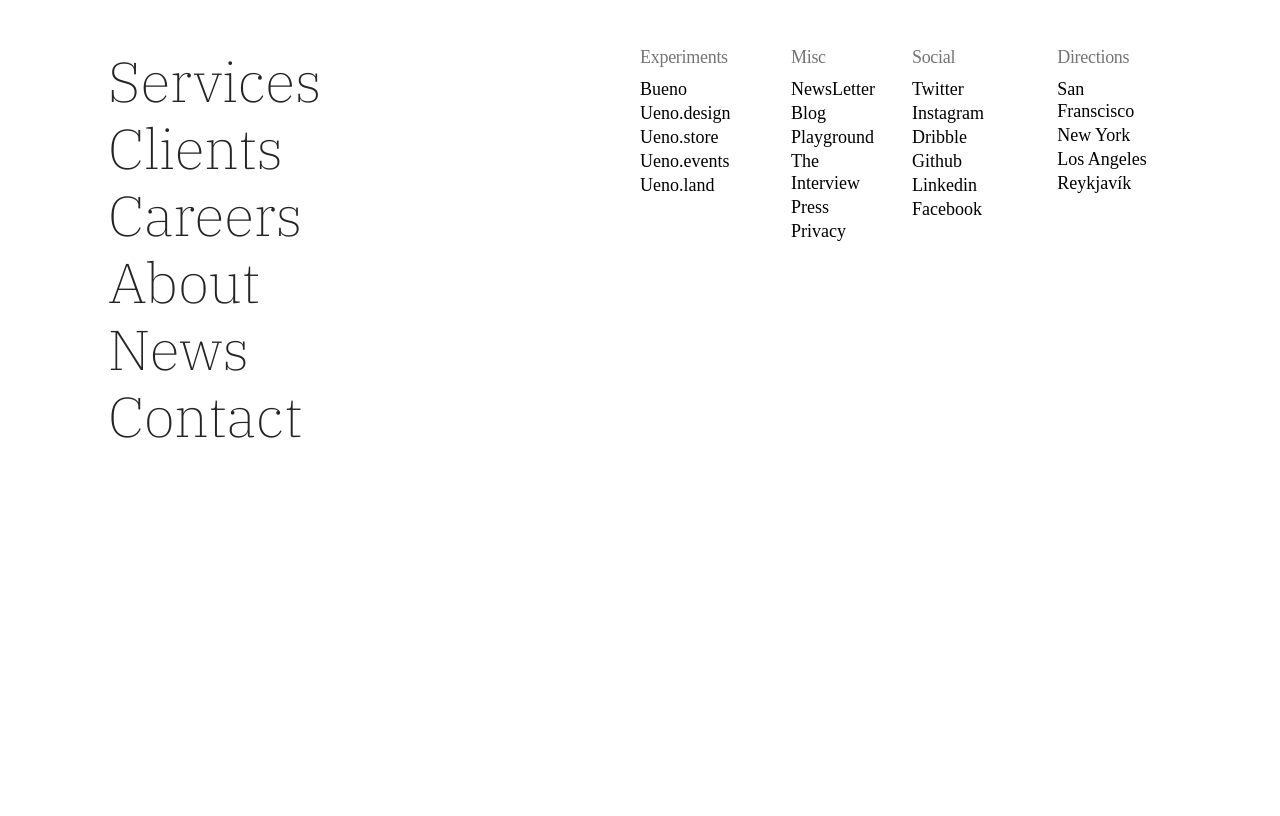
Repository: DeepaPrasanna/UenoClone
Page: /
These files come from the project's save history. The page is drawn as it stood at one moment and after the next save; the edit follows.
The browser window is 1280 px wide. The pictures show the whole page.
The project was rebuilt for these pictures with package versions that can differ from the ones it lists, and the page was loaded fresh each time. Also part of the build but not shown: src/components/Layout/Header.js.

Above is the page before, as saved 2021-05-04 18:23:02.

### public/index.html
<!DOCTYPE html>
<html lang="en">
  <head>
    <meta charset="utf-8" />
    <link rel="icon" href="%PUBLIC_URL%/favicon.ico" />
    <meta name="viewport" content="width=device-width, initial-scale=1" />
    <meta name="theme-color" content="#000000" />
    <meta name="description" content="Web site created using create-react-app" />
    <link rel="apple-touch-icon" href="%PUBLIC_URL%/logo192.png" />
    <!--
      manifest.json provides metadata used when your web app is installed on a
      user's mobile device or desktop. See https://developers.google.com/web/fundamentals/web-app-manifest/
    -->
    <link rel="manifest" href="%PUBLIC_URL%/manifest.json" />
    <!-- Bootstrap -->
    <link
      rel="stylesheet"
      href="https://cdn.jsdelivr.net/npm/bootstrap@4.6.0/dist/css/bootstrap.min.css"
      integrity="sha384-B0vP5xmATw1+K9KRQjQERJvTumQW0nPEzvF6L/Z6nronJ3oUOFUFpCjEUQouq2+l"
      crossorigin="anonymous"
    />
    <!-- font awesome -->
    <link
      rel="stylesheet"
      href="https://cdnjs.cloudflare.com/ajax/libs/font-awesome/5.15.3/css/all.min.css"
      integrity="sha512-iBBXm8fW90+nuLcSKlbmrPcLa0OT92xO1BIsZ+ywDWZCvqsWgccV3gFoRBv0z+8dLJgyAHIhR35VZc2oM/gI1w=="
      crossorigin="anonymous"
    />
    <!--
      Notice the use of %PUBLIC_URL% in the tags above.
      It will be replaced with the URL of the `public` folder during the build.
      Only files inside the `public` folder can be referenced from the HTML.

      Unlike "/favicon.ico" or "favicon.ico", "%PUBLIC_URL%/favicon.ico" will
      work correctly both with client-side routing and a non-root public URL.
      Learn how to configure a non-root public URL by running `npm run build`.
    -->
    <title>React App</title>
  </head>
  <body>
    <noscript>You need to enable JavaScript to run this app.</noscript>
    <div id="root"></div>
    <!--
      This HTML file is a template.
      If you open it directly in the browser, you will see an empty page.

      You can add webfonts, meta tags, or analytics to this file.
      The build step will place the bundled scripts into the <body> tag.

      To begin the development, run `npm start` or `yarn start`.
      To create a production bundle, use `npm run build` or `yarn build`.
    -->
  </body>
</html>

### src/index.js
import React from "react";
import ReactDOM from "react-dom";
import "./index.css";
import App from "./App";
import reportWebVitals from "./reportWebVitals";
import "bootstrap/dist/css/bootstrap.min.css";

ReactDOM.render(<App />, document.getElementById("root"));

// If you want to start measuring performance in your app, pass a function
// to log results (for example: reportWebVitals(console.log))
// or send to an analytics endpoint. Learn more: https://bit.ly/CRA-vitals
reportWebVitals();

### src/index.css
@import url("https://fonts.googleapis.com/css2?family=IBM+Plex+Serif:wght@200&display=swap");
@import url("https://fonts.googleapis.com/css2?family=Quicksand:wght@300;400&display=swap");

.contact-button {
  background-color: #cf3f74 !important;
}

.screen-first-column {
  font-size: 56px;
  line-height: 67px;
  font-family: "IBM Plex Serif";
  font-style: normal;
  font-weight: 200;
  src: url("https://fonts.gstatic.com/s/ibmplexserif/v9/jizAREVNn1dOx-zrZ2X3pZvkTi3Q-iI0q1s.woff2") format("woff2");
}
.screen-first-column-links {
  color: #252525;
  padding: 0px 60px !important;
}
.nav-link:hover {
  color: #252525;
}

.screen-second-column {
  display: flex;
  flex-wrap: wrap;
  align-items: stretch;
  justify-content: flex-start;
  margin-left: -15px;
  margin-right: -15px;
  flex-direction: row;
}

.screen-second-column-columns {
  flex: none;
  align-self: stretch;
  padding-left: 15px;
  padding-right: 15px;
  width: 100%;
  margin-bottom: 3em;
  width: 50%;
  max-width: 220px;
}
.screen-second-column-links {
  color: #000000 !important;
  padding: 0px 25px 0px 0px !important;
  font-family: "Quicksand,sans-serif";
  font-style: normal;
  font-weight: 400;
  font-size: 18px;
  line-height: 22px;
  margin-bottom: 2px;
}

.screen-second-column-heading {
  font-family: "Quicksand,sans-serif";
  font-size: 18px;
  font-weight: 300;
  line-height: 18px;
  color: #757575;
  margin-bottom: 0.66667em;
  letter-spacing: -0.016em;
}

### src/App.js
import { Container } from "react-bootstrap";

import MainLayout from "./components/Layout/MainLayout";

function App() {
  return (
    <div className="App">
      <MainLayout />
    </div>
  );
}

export default App;

### src/components/Layout/MainLayout.js
import React from "react";

import Header from "./Header";
import Screen from "./Screen";

const MainLayout = () => {
  return (
    <div>
      {/* <Header /> */}
      <Screen />
    </div>
  );
};

export default MainLayout;

### src/components/Layout/Screen.js
import React from "react";

import { Container, Row, Col, Nav } from "react-bootstrap";

const Screen = () => {
  return (
    <Container fluid className="p-5">
      <Row className=" vh-100">
        <Col md={6} className=" screen-first-column">
          <Row>
            <Col>
              <Nav className="flex-column">
                <Nav.Link href="#" className="screen-first-column-links">
                  Services<span className=""></span>
                </Nav.Link>
                <Nav.Link href="#" className="screen-first-column-links">
                  Clients
                </Nav.Link>
                <Nav.Link href="#" className="screen-first-column-links">
                  Careers
                </Nav.Link>
              </Nav>
            </Col>
            <Col>
              <Nav className="flex-column">
                <Nav.Link href="#" className="screen-first-column-links">
                  About
                </Nav.Link>
                <Nav.Link href="#" className="screen-first-column-links">
                  News
                </Nav.Link>

                <Nav.Link href="#" className="screen-first-column-links">
                  Contact
                </Nav.Link>
              </Nav>
            </Col>
          </Row>
        </Col>
        <Col md={6} className="screen-second-column">
          <Row className="">
            <Col className="screen-second-column-columns">
              <h2 className="screen-second-column-heading">Experiments</h2>
              <Nav className="flex-column">
                <Nav.Link href="#" className="screen-second-column-links">
                  Bueno
                </Nav.Link>
                <Nav.Link href="#" className="screen-second-column-links">
                  Ueno.design
                </Nav.Link>
                <Nav.Link href="#" className="screen-second-column-links">
                  Ueno.store
                </Nav.Link>
                <Nav.Link href="#" className="screen-second-column-links">
                  Ueno.events
                </Nav.Link>
                <Nav.Link href="#" className="screen-second-column-links">
                  Ueno.land
                </Nav.Link>
              </Nav>
            </Col>
            <Col className="screen-second-column-columns">
              <h2 className="screen-second-column-heading">Misc</h2>
              <Nav className="flex-column">
                <Nav.Link href="#" className="screen-second-column-links">
                  NewsLetter
                </Nav.Link>
                <Nav.Link href="#" className="screen-second-column-links">
                  Blog
                </Nav.Link>
                <Nav.Link href="#" className="screen-second-column-links">
                  Playground
                </Nav.Link>
                <Nav.Link href="#" className="screen-second-column-links">
                  The Interview
                </Nav.Link>
                <Nav.Link href="#" className="screen-second-column-links">
                  Press
                </Nav.Link>
                <Nav.Link href="#" className="screen-second-column-links">
                  Privacy
                </Nav.Link>
              </Nav>
            </Col>
          </Row>
          <Row className="">
            <Col className="screen-second-column-columns">
              <h2 className="screen-second-column-heading">Social</h2>
              <Nav className="flex-column">
                <Nav.Link href="#" className="screen-second-column-links">
                  Twitter
                </Nav.Link>
                <Nav.Link href="#" className="screen-second-column-links">
                  Instagram
                </Nav.Link>
                <Nav.Link href="#" className="screen-second-column-links">
                  Dribble
                </Nav.Link>
                <Nav.Link href="#" className="screen-second-column-links">
                  Github
                </Nav.Link>
                <Nav.Link href="#" className="screen-second-column-links">
                  Linkedin
                </Nav.Link>
                <Nav.Link href="#" className="screen-second-column-links">
                  Facebook
                </Nav.Link>
              </Nav>
            </Col>
            <Col className="screen-second-column-columns">
              <h2 className="screen-second-column-heading">Directions</h2>
              <Nav className="flex-column">
                <Nav.Link href="#" className="screen-second-column-links">
                  San Franscisco
                </Nav.Link>
                <Nav.Link href="#" className="screen-second-column-links">
                  New York
                </Nav.Link>
                <Nav.Link href="#" className="screen-second-column-links">
                  Los Angeles
                </Nav.Link>
                <Nav.Link href="#" className="screen-second-column-links">
                  Reykjavík
                </Nav.Link>
              </Nav>
            </Col>
          </Row>
        </Col>
      </Row>
    </Container>
  );
};

export default Screen;

Loaded but not shown: src/reportWebVitals.js (common file)

After the next save:
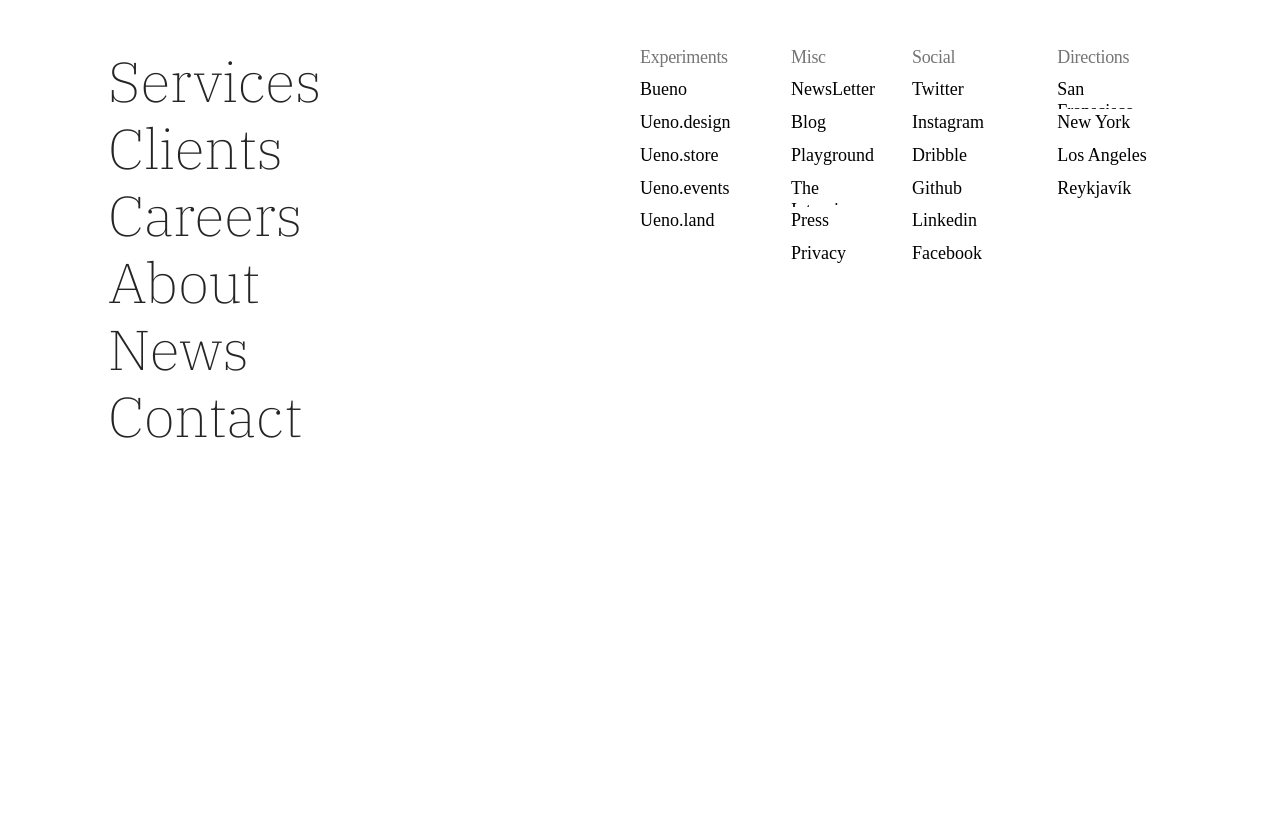
Saved 112 s later.
--- a/src/index.css
+++ b/src/index.css
@@ -50,6 +50,17 @@
   font-size: 18px;
   line-height: 22px;
   margin-bottom: 2px;
+
+  display: flex;
+  -webkit-box-align: center;
+  align-items: center;
+  -webkit-box-pack: center;
+  justify-content: center;
+  position: relative;
+  z-index: 1;
+  height: 1.71429em;
+  overflow: hidden;
+  margin-left: 0px;
 }
 
 .screen-second-column-heading {
